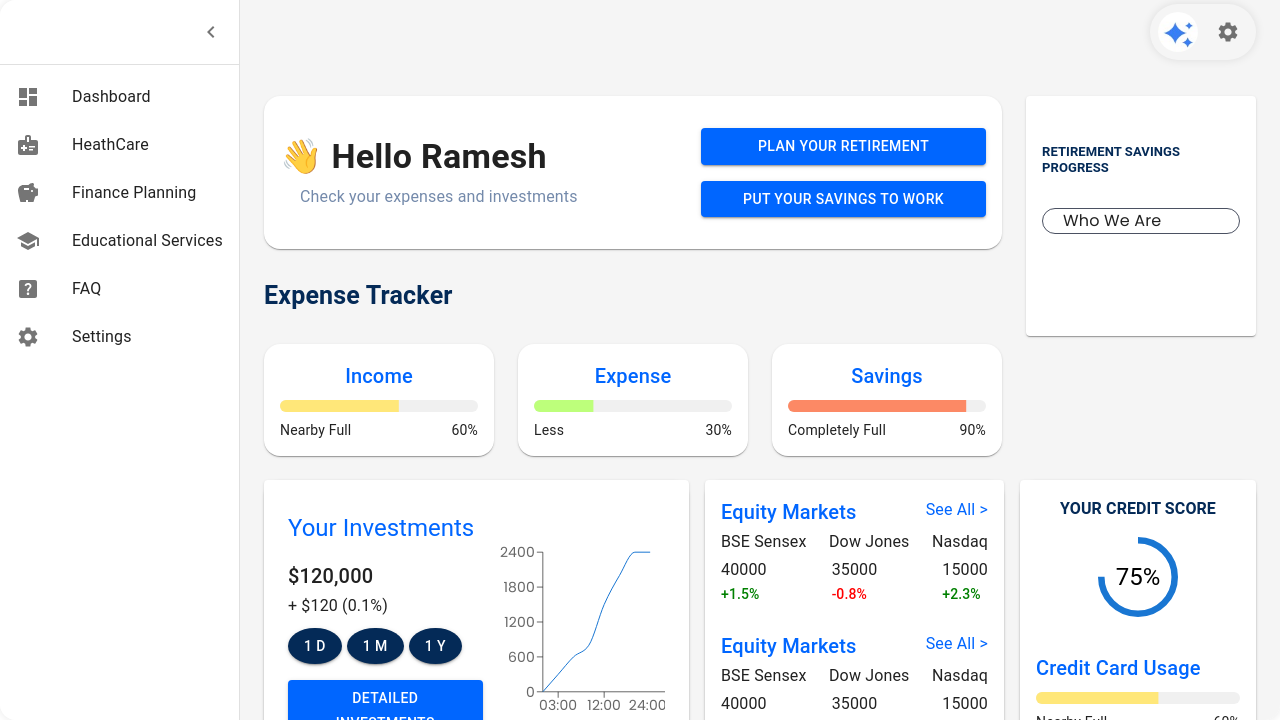
Repository: shubhampirate/TIAA_Retirement_hackathon
Page: /
An editor plug-in stored every save of this project. The page is shown before and after the next save, followed by the edit.
The browser window is 1280 px wide. The pictures show the whole page.
An inner scrolling area shows only its first screen. The project was rebuilt for these pictures with package versions that can differ from the ones it lists, and the page was loaded fresh each time. Also part of the build but not shown: src/Components/CustomButton.jsx, src/Components/Navbar.jsx, src/Components/Properties.jsx, src/Components/Footer.jsx, src/Components/Hero.jsx, src/pages/Sign_In.jsx, src/Components/GaugeChart.jsx.

Above is the page before, as saved 2023-11-15 19:27:53.

### src/index.css
@import url("https://fonts.googleapis.com/css2?family=Poppins:wght@400;500;700&display=swap");

* {
  margin: 0;
  padding: 0;
  box-sizing: border-box;
  font-family: "Poppins", sans-serif;
}

body {
  margin: 0;
  -webkit-font-smoothing: antialiased;
  -moz-osx-font-smoothing: grayscale;
}

code {
  font-family: source-code-pro, Menlo, Monaco, Consolas, "Courier New",
    monospace;
}

### src/App.jsx
import Hero from "./Components/Hero";
import SignIn from "./pages/Sign_In";
import Dashboard from "./Components/Dashboard";
// import GaugeChart from "./Components/GaugeChart"


function App() {
  return (
    <>
      {/* <Hero /> */}
      {/* <SignIn/> */}
      <Dashboard />
      {/* <GaugeChart />  */}
    </>
  );
}

export default App;

### src/Components/Dashboard.jsx
import * as React from 'react';
import { styled, createTheme, ThemeProvider } from '@mui/material/styles';
import CssBaseline from '@mui/material/CssBaseline';
import MuiDrawer from '@mui/material/Drawer';
import Box from '@mui/material/Box';
import MuiAppBar from '@mui/material/AppBar';
import Toolbar from '@mui/material/Toolbar';
import List from '@mui/material/List';
import Typography from '@mui/material/Typography';
import Divider from '@mui/material/Divider';
import IconButton from '@mui/material/IconButton';
// import Badge from '@mui/material/Badge';
import Container from '@mui/material/Container';
import Grid from '@mui/material/Grid';
import Paper from '@mui/material/Paper';
// import Link from '@mui/material/Link';
import MenuIcon from '@mui/icons-material/Menu';
import ChevronLeftIcon from '@mui/icons-material/ChevronLeft';
// import NotificationsIcon from '@mui/icons-material/Notifications';
import SettingsIcon from '@mui/icons-material/Settings';
import { mainListItems } from './listItems';
// import Chart from './Chart';
import Deposits from './Deposits';

import heroImg_3 from "../media/img_3.jpeg";
import Button from '@mui/material/Button';
import LinearProgress from '@mui/material/LinearProgress';
import YourComponent from './YourComponent';

  const Title = styled(Typography)(({ theme }) => ({
    fontSize: "25px",
    color: "#042A57",
    fontWeight: "bold",
    textAlign: "left",
    margin: theme.spacing(4, 0, 4, 0),
    [theme.breakpoints.down("sm")]: {
      fontSize: "30px",
    },
  }));
const drawerWidth = 240;

const AppBar = styled(MuiAppBar, {
  shouldForwardProp: (prop) => prop !== 'open',
})(({ theme, open }) => ({
  zIndex: theme.zIndex.drawer + 1,
  transition: theme.transitions.create(['width', 'margin'], {
    easing: theme.transitions.easing.sharp,
    duration: theme.transitions.duration.leavingScreen,
  }),
  ...(open && {
    marginLeft: drawerWidth,
    width: `calc(100% - ${drawerWidth}px)`,
    transition: theme.transitions.create(['width', 'margin'], {
      easing: theme.transitions.easing.sharp,
      duration: theme.transitions.duration.enteringScreen,
    }),
  }),
}));


const ProgressBarBox = ({ title, value }) => {
    let indicatorText = '';
    let color = '';

    if (value <= 30) {
      indicatorText = 'Less';
      color = '#BDFF7B';
    } else if (value <= 70) {
      indicatorText = 'Nearby Full';
      color = '#FFE779';
    } else {
      indicatorText = 'Completely Full';
      color = '#FC8965';
    }

    return (
      <Grid item xs={12} sm={6} md={4}>
        <Paper
          sx={{
            p: 2,
            display: 'flex',
            flexDirection: 'column',
            alignItems: 'center',
            borderRadius: '16px',
          }}
        >
          <Typography variant="h6" sx={{ mb: 1, color: "#0066FF" }}>
            {title}
          </Typography>
          <LinearProgress
          variant="determinate"
          value={value}
          sx={{
            width: '100%',
            height: '12px',
            borderRadius: '8px',
            backgroundColor: '#f0f0f0',
            marginBottom: '8px',
            '& .MuiLinearProgress-bar': {
              backgroundColor: color,
            },
          }}
        />

          <Box
          sx={{
            display: 'flex',
            justifyContent: 'space-between',
            width: '100%',

          }}
        >
          <Typography variant="body2">{indicatorText}</Typography>
          <Typography variant="body2">{value}%</Typography>
        </Box>
        </Paper>
      </Grid>
    );
  };
const Drawer = styled(MuiDrawer, { shouldForwardProp: (prop) => prop !== 'open' })(
  ({ theme, open }) => ({
    '& .MuiDrawer-paper': {
      position: 'relative',
      whiteSpace: 'nowrap',
      width: drawerWidth,
      transition: theme.transitions.create('width', {
        easing: theme.transitions.easing.sharp,
        duration: theme.transitions.duration.enteringScreen,
      }),
      boxSizing: 'border-box',
      ...(!open && {
        overflowX: 'hidden',
        transition: theme.transitions.create('width', {
          easing: theme.transitions.easing.sharp,
          duration: theme.transitions.duration.leavingScreen,
        }),
        width: theme.spacing(7),
        [theme.breakpoints.up('sm')]: {
          width: theme.spacing(9),
        },
      }),
    },
  }),
);

// TODO remove, this demo shouldn't need to reset the theme.
const defaultTheme = createTheme();

export default function Dashboard() {
  const [open, setOpen] = React.useState(true);
  const toggleDrawer = () => {
    setOpen(!open);
  };

  return (
    <ThemeProvider theme={defaultTheme}>
      <Box sx={{ display: 'flex', borderRadius: '16px', overflow: 'hidden', boxShadow: '0px 0px 10px rgba(0, 0, 0, 0.1)' }} >
        <CssBaseline />
        <AppBar position="absolute" open={open} sx={{ backgroundColor: "whitesmoke", boxShadow: 'none' }}>
  <Toolbar
    sx={{
      pr: '24px', // keep right padding when drawer closed
      display: 'flex',
      alignItems: 'center',
      justifyContent: 'space-between',
    }}
  >
    <Box sx={{ display: 'flex', alignItems: 'center' }}>
      <IconButton
        edge="start"
        aria-label="open drawer"
        onClick={toggleDrawer}
        sx={{
          marginRight: '36px',
          ...(open && { display: 'none' }),
          backgroundColor: "#fff"
        }}
      >
        <MenuIcon  />
      </IconButton>

    </Box>

    <Box sx={{ display: 'flex', alignItems: 'center', boxShadow: '0px 0px 10px rgba(0, 0, 0, 0.1)', borderRadius: '40px', padding: '8px' }}>
  {/* User profile image */}
  <img
    src={heroImg_3}
    alt="User Profile"
    style={{ borderRadius: '50%', width: '40px', height: '40px', marginRight: '10px' }}
  />

  {/* Settings button */}
  <IconButton >

    <SettingsIcon />
  </IconButton>
</Box>
  </Toolbar>
</AppBar>

        <Drawer variant="permanent" open={open}>
          <Toolbar
            sx={{
              display: 'flex',
              alignItems: 'center',
              justifyContent: 'flex-end',
              px: [1],
            }}
          >
            <IconButton onClick={toggleDrawer}>
              <ChevronLeftIcon />
            </IconButton>
          </Toolbar>
          <Divider />
          <List component="nav">
            {mainListItems}
            {/* <Divider sx={{ my: 1 }} /> */}
            {/* {secondaryListItems} */}
          </List>
        </Drawer>
        <Box
          component="main"
          sx={{
            backgroundColor: (theme) =>
              theme.palette.mode === 'light'
                ? theme.palette.grey[100]
                : theme.palette.grey[900],
            flexGrow: 1,
            height: '100vh',
            overflow: 'auto',

          }}
        >
          <Toolbar />
          <Container maxWidth="lg" sx={{ mt: 4, mb: 4 }}>
            <Grid container spacing={3}>

            <Grid item xs={12} md={8} lg={9}>
  <Paper
    sx={{
      p: 2,
      display: 'flex',
      flexDirection: 'column',
      alignItems: 'center',
      borderRadius: '16px', // Adjust the value as needed for more or less curvature
    }}
  >
    {/* Left side content */}
    <Grid container spacing={2} alignItems="center">
      <Grid item xs={12} md={7 }>
        <Typography variant="h4" sx={{ mb: 1, fontWeight: 'bold'}}>
        👋  Hello Ramesh
        </Typography>
        <Typography variant="body1" sx={{color:"#748AAB", paddingLeft:"20px"}}>
          Check your expenses and investments
        </Typography>
      </Grid>

      {/* Right side content */}
      <Grid item xs={12} md={5} sx={{ display: 'flex', flexDirection: 'column', alignItems: 'center' }}>
        <Button variant="contained"  sx={{ width: '100%', backgroundColor: '#0066FF', color: '#fff', mb: { xs: 1, md: 2 } ,mt:{xs:0, md:2}  }}>
        Plan your retirement
        </Button>
        <Button variant="contained"  sx={{ width: '100%', backgroundColor: '#0066FF', color: '#fff', mb:{xs:1, md:2} }}>
        Put your savings to work
        </Button>
      </Grid>
    </Grid>
  </Paper>
  <Title variant="h4" sx={{color: "#042A57"}}>
             Expense Tracker
            </Title>
            <Grid container spacing={3}>
      <ProgressBarBox title="Income" value={60} />
      <ProgressBarBox title="Expense" value={30} />
      <ProgressBarBox title="Savings" value={90} />
    </Grid>
</Grid>


               {/* Recent Deposits */}
              <Grid item xs={12} md={4} lg={3}>
                <Paper
                  sx={{
                    p: 2,
                    display: 'flex',
                    flexDirection: 'column',
                    height: 240,
                  }}
                >
                  <Deposits />
                </Paper>
              </Grid>
              {/* Recent Orders */}
              <Grid item xs={12}>
                {/* <Paper sx={{ p: 2, display: 'flex', flexDirection: 'column' }}> */}
                  <YourComponent />
                {/* </Paper> */}
              </Grid>
            </Grid>

          </Container>
        </Box>
      </Box>
    </ThemeProvider>
  );
}

### src/Components/listItems.jsx
import * as React from 'react';
import ListItemButton from '@mui/material/ListItemButton';
import ListItemIcon from '@mui/material/ListItemIcon';
import ListItemText from '@mui/material/ListItemText';
import DashboardIcon from '@mui/icons-material/Dashboard';
import MedicalInformationIcon from '@mui/icons-material/MedicalInformation';
import SavingsIcon from '@mui/icons-material/Savings';
import SchoolIcon from '@mui/icons-material/School';
import HelpCenterIcon from '@mui/icons-material/HelpCenter';
import SettingsIcon from '@mui/icons-material/Settings';


export const mainListItems = (
  <React.Fragment>
    <ListItemButton>
      <ListItemIcon>
        <DashboardIcon />
      </ListItemIcon>
      <ListItemText primary="Dashboard" />
    </ListItemButton>
    <ListItemButton>
      <ListItemIcon>
        <MedicalInformationIcon />
      </ListItemIcon>
      <ListItemText primary="HeathCare" />
    </ListItemButton>
    <ListItemButton>
      <ListItemIcon>
        <SavingsIcon />
      </ListItemIcon>
      <ListItemText primary="Finance Planning" />
    </ListItemButton>
    <ListItemButton>
      <ListItemIcon>
        <SchoolIcon />
      </ListItemIcon>
      <ListItemText primary="Educational Services" />
    </ListItemButton>
    <ListItemButton>
      <ListItemIcon>
        <HelpCenterIcon />
      </ListItemIcon>
      <ListItemText primary="FAQ" />
    </ListItemButton>
    <ListItemButton>
      <ListItemIcon>
        <SettingsIcon />
      </ListItemIcon>
      <ListItemText primary="Settings" />
    </ListItemButton>
  </React.Fragment>
);

// export const secondaryListItems = (
//   <React.Fragment>
//     <ListSubheader component="div" inset>
//       Saved reports
//     </ListSubheader>
//     <ListItemButton>
//       <ListItemIcon>
//         <AssignmentIcon />
//       </ListItemIcon>
//       <ListItemText primary="Current month" />
//     </ListItemButton>
//     <ListItemButton>
//       <ListItemIcon>
//         <AssignmentIcon />
//       </ListItemIcon>
//       <ListItemText primary="Last quarter" />
//     </ListItemButton>
//     <ListItemButton>
//       <ListItemIcon>
//         <AssignmentIcon />
//       </ListItemIcon>
//       <ListItemText primary="Year-end sale" />
//     </ListItemButton>
//   </React.Fragment>
// );

### src/Components/Deposits.jsx
import * as React from 'react';
import Link from '@mui/material/Link';
import Typography from '@mui/material/Typography';
// import Title from './Title';
import { styled, createTheme, ThemeProvider } from '@mui/material/styles';
import GaugeChart from './GaugeChart';


function preventDefault(event) {
  event.preventDefault();
}
const Title = styled(Typography)(({ theme }) => ({
  fontSize: "13px",
  color: "#042A57",
  fontWeight: "bold",
  textAlign: "left",
  margin: theme.spacing(4, 0, 4, 0),
  [theme.breakpoints.down("sm")]: {
    fontSize: "20px",
  },
}))
export default function Deposits() {
  return (
    <React.Fragment>
<Title variant="h4" sx={{color: "#042A57"}}>
RETIREMENT SAVINGS PROGRESS
            </Title>

            <div style={{
           display: 'inline-flex',
           alignItems: 'center', // Align items vertically in the center
           border: '0.5px solid #4B5162',
           paddingRight: '20px',
           paddingLeft: '20px',
           borderRadius: '30px'
    }}>


       <p >Who We Are</p>
        {/* <GaugeChart/> */}
    </div>

      <div>
        <Link color="primary" href="#" onClick={preventDefault}>
        </Link>
      </div>
    </React.Fragment>
  );
}

### src/Components/YourComponent.jsx
import React from 'react';
import { Box,Grid, Paper, Typography, CircularProgress, LinearProgress, Button } from '@mui/material';
import Chart from './Chart';
// import ArrowForwardIcon from '@mui/icons-material/ArrowForward';



const InvestmentsBox = () => (
  <Paper sx={{ pt: 4,pb:4, pl:3, pr:3, display: 'flex', flexDirection: 'column', alignItems: 'center' }}>
    <div style={{ display: 'flex', justifyContent: 'space-between', width: '100%' }}>
      <div style={{ textAlign: 'left' }}>
        <Typography variant="h5" sx={{color: '#0066FF' }}>Your Investments</Typography>
        <Typography variant="h6" sx={{mt:2}}>$120,000</Typography>
        <Typography variant="subtitle1">+ $120 (0.1%)</Typography>
        {/* Options to choose from */}
        <div style={{ display: 'flex', marginTop: '8px' }}>
          <Button
            variant="contained"
            style={{
              backgroundColor: '#042A57',
              color: '#FFF',
              borderRadius: '70%',
              minWidth: 'unset',
              marginRight: '5px',
            }}
          >
            1 D
          </Button>
          <Button
            variant="contained"
            style={{
              backgroundColor: '#042A57',
              color: '#FFF',
              borderRadius: '50%',
              minWidth: 'unset',
              marginRight: '5px',
            }}
          >
            1 M
          </Button>
          <Button
            variant="contained"
            style={{
              backgroundColor: '#042A57',
              color: '#FFF',
              borderRadius: '50%',
              minWidth: 'unset',
            }}
          >
            1 Y
          </Button>
        </div>
        <Button variant="contained"  sx={{ width: '100%', backgroundColor: '#0066FF', color: '#fff', mb:1 ,mt:{xs:0, md:2}  }}>
        Detailed Investments
        </Button>
      </div>
      {/* Chart (replace with your actual chart component) */}
      <div style={{ width: '50%', height: '150px', backgroundColor: '#fff' }}>
        {/* Replace this div with your actual chart component */}
        <div style={{ width: '100%', height: '140%', display: 'flex', justifyContent: 'center', alignItems: 'center' }}>
          <Chart />
        </div>
      </div>
    </div>
  </Paper>
);


const EquityMarketsBox = () => {
  // Mock data for market values
  const marketData = [
    { name: 'BSE Sensex', currentPrice: 40000, increasePercentage: 1.5 },
    { name: 'Dow Jones', currentPrice: 35000, increasePercentage: -0.8 },
    { name: 'Nasdaq', currentPrice: 15000, increasePercentage: 2.3 },
  ];

  return (
    <Paper sx={{ p: 2, display: 'flex', flexDirection: 'column' }}>
  <Typography variant="h6" style={{ display: 'flex', justifyContent: 'space-between', color: '#0066FF' }}>
        Equity Markets
        <Typography variant="subtitle1" style={{ cursor: 'pointer' }}>
          See All &gt;
        </Typography>
      </Typography>
    {/* Display market names in the first line */}
    <div style={{ display: 'flex', justifyContent: 'space-between' }}>
      {marketData.map((market) => (
        <Typography key={market.name} variant="subtitle1">{market.name}</Typography>
      ))}
    </div>
    {/* Display market values in the second line */}
    <div style={{ display: 'flex', justifyContent: 'space-between' }}>
      {marketData.map((market) => (
        <div key={market.name}>
          <Typography variant="subtitle1">{market.currentPrice}</Typography>
          <Typography variant="subtitle2" style={{ color: market.increasePercentage >= 0 ? 'green' : 'red' }}>
            {market.increasePercentage >= 0 ? '+' : ''}{market.increasePercentage}%
          </Typography>
        </div>
      ))}
    </div>
 <br />
  <Typography variant="h6" style={{ display: 'flex', justifyContent: 'space-between', color: '#0066FF' }}>
        Equity Markets
        <Typography variant="subtitle1" style={{ cursor: 'pointer' }}>
          See All &gt;
        </Typography>
      </Typography>
    {/* Display market names in the first line */}
    <div style={{ display: 'flex', justifyContent: 'space-between' }}>
      {marketData.map((market) => (
        <Typography key={market.name} variant="subtitle1">{market.name}</Typography>
      ))}
    </div>
    {/* Display market values in the second line */}
    <div style={{ display: 'flex', justifyContent: 'space-between' }}>
      {marketData.map((market) => (
        <div key={market.name}>
          <Typography variant="subtitle1">{market.currentPrice}</Typography>
          <Typography variant="subtitle2" style={{ color: market.increasePercentage >= 0 ? 'green' : 'red' }}>
            {market.increasePercentage >= 0 ? '+' : ''}{market.increasePercentage}%
          </Typography>
        </div>
      ))}
    </div>

  </Paper>
);
};



// Component for the third box
  // Component for the first box
const ProgressBarBox = ({ title, value }) => {
    let indicatorText = '';
    let color = '';

    if (value <= 30) {
      indicatorText = 'Less';
      color = '#BDFF7B';
    } else if (value <= 70) {
      indicatorText = 'Nearby Full';
      color = '#FFE779';
    } else {
      indicatorText = 'Completely Full';
      color = '#FC8965';
    }

    return (
      <Grid container>
        <Typography variant="h6" sx={{ mb: 1, color: "#0066FF" }}>
          {title}
        </Typography>
        <LinearProgress
          variant="determinate"
          value={value}
          sx={{
            width: '100%',
            height: '12px',
            borderRadius: '8px',
            backgroundColor: '#f0f0f0',
            marginBottom: '8px',
            '& .MuiLinearProgress-bar': {
              backgroundColor: color,
            },
          }}
        />
        <Box
          sx={{
            display: 'flex',
            justifyContent: 'space-between',
            width: '100%',
          }}
        >
          <Typography variant="body2">{indicatorText}</Typography>
          <Typography variant="body2">{value}%</Typography>
        </Box>
      </Grid>
    );
  };

  // Component for the third box
  const CreditScoreBox = () => (
    <Paper sx={{ p: 2, display: 'flex', flexDirection: 'column', alignItems: 'center', position: 'relative' }}>
      <Typography variant="h6" sx={{mb:{xs:0, md:2}, color: "#042A57", fontSize: "16px", fontWeight: "bold"}}>YOUR CREDIT SCORE</Typography>
      {/* <br /> */}
      {/* Circular Progress Bar */}
      <div style={{ position: 'relative', width: '80px', height: '80px', marginBottom:"35px" }}>
        <CircularProgress variant="determinate" value={75} size={80} />
        {/* Display the percentage in the center of the circular progress bar */}
        <Typography
          variant="h5"
          style={{
            position: 'absolute',
            top: '50%',
            left: '50%',
            transform: 'translate(-50%, -50%)',
            color: '#000', // Adjust text color as needed
          }}
        >
          75%
        </Typography>
      </div>
      {/* <br /> */}
      {/* Include ProgressBarBox with the entire width */}
      <ProgressBarBox title="Credit Card Usage" value={60} />
    </Paper>
  );

// Main component
const YourComponent = () => (
  <Grid container spacing={2}>
    <Grid item xs={12} md={9}>
      <Grid container spacing={2} style={{ height: '100%' }}>
        <Grid item xs={12} md={8} lg={7}>
          <Paper sx={{ borderRadius: '16px' }}>
            <InvestmentsBox />
          </Paper>
        </Grid>
        <Grid item xs={12} md={4} lg={5}>
          <Paper sx={{ borderRadius: '16px' }}>
            <EquityMarketsBox />
          </Paper>
        </Grid>
      </Grid>
    </Grid>
    <Grid item xs={12} md={3}>
      <Paper sx={{ borderRadius: '16px' }}>
        <CreditScoreBox />
      </Paper>
    </Grid>
  </Grid>
);

export default YourComponent;

### src/Components/Chart.jsx
import * as React from 'react';
import { useTheme } from '@mui/material/styles';
import { LineChart, Line, XAxis, YAxis, Label, ResponsiveContainer } from 'recharts';
// import Title from './Title';

// Generate Sales Data
function createData(time, amount) {
  return { time, amount };
}

const data = [
  createData('00:00', 0),
  createData('03:00', 300),
  createData('06:00', 600),
  createData('09:00', 800),
  createData('12:00', 1500),
  createData('15:00', 2000),
  createData('18:00', 2400),
  createData('21:00', 2400),
  createData('24:00', undefined),
];

export default function Chart() {
  const theme = useTheme();

  return (
    <React.Fragment>
      {/* <Title>Today</Title> */}
      <ResponsiveContainer>
        <LineChart
          data={data}
          margin={{
            top: 40,
            right: 0,
            bottom: 0,
            left: 0,
          }}
          backgroundColor="white"

        >
          <XAxis
            dataKey="time"
            stroke={theme.palette.text.secondary}
            style={theme.typography.body2}
          />
          <YAxis
            stroke={theme.palette.text.secondary}
            style={theme.typography.body2}
          >
            {/* <Label
              angle={270}
              position="left"
              style={{
                textAnchor: 'middle',
                fill: theme.palette.text.primary,
                ...theme.typography.body1,
              }}
            >
              Sales ($)
            </Label> */}
          </YAxis>
          <Line
            isAnimationActive={false}
            type="monotone"
            dataKey="amount"
            stroke={theme.palette.primary.main}
            dot={false}
          />
        </LineChart>
      </ResponsiveContainer>
    </React.Fragment>
  );
}

Loaded but not shown: public/index.html (common file); src/index.js (common file)

After the next save:
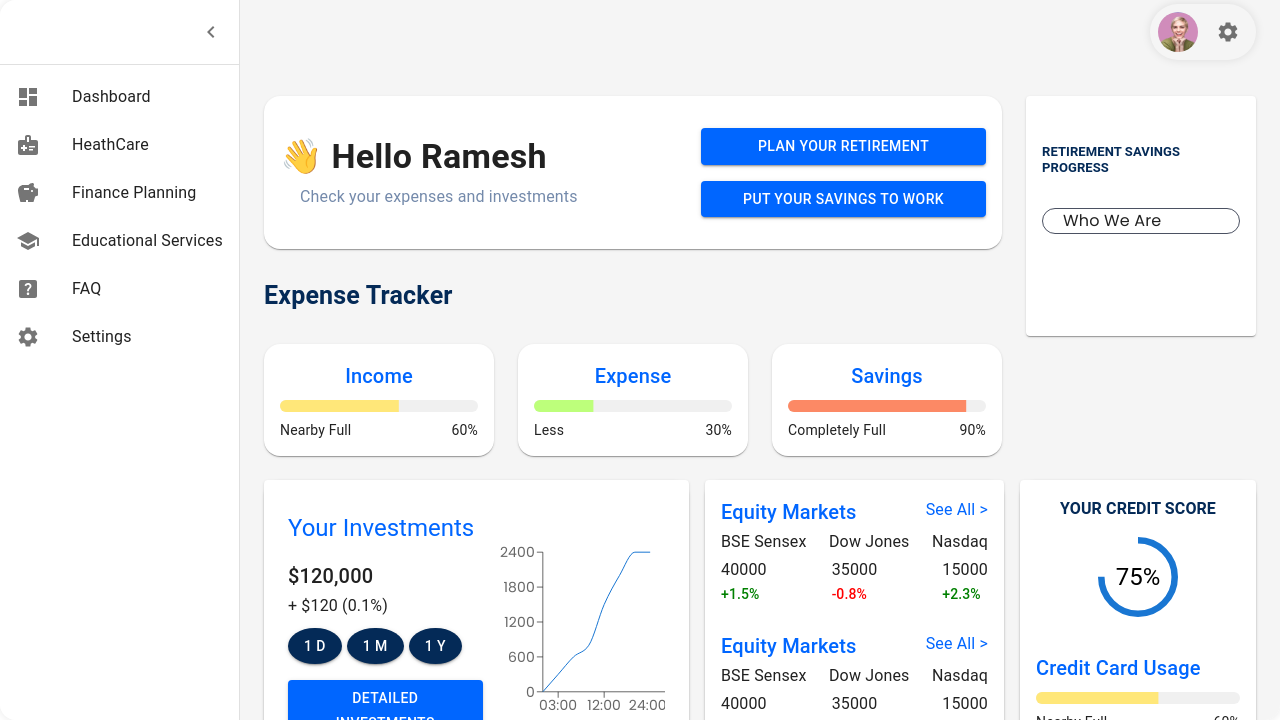
Saved 3 min 34 s later.
--- a/src/Components/Dashboard.jsx
+++ b/src/Components/Dashboard.jsx
@@ -22,7 +22,7 @@ import { mainListItems } from './listItems';
 // import Chart from './Chart';
 import Deposits from './Deposits';
 
-import heroImg_3 from "../media/img_3.jpeg";
+import heroImg_4 from "../media/img_4.jpeg";
 import Button from '@mui/material/Button';
 import LinearProgress from '@mui/material/LinearProgress';
 import YourComponent from './YourComponent';
@@ -184,7 +184,7 @@ export default function Dashboard() {
     <Box sx={{ display: 'flex', alignItems: 'center', boxShadow: '0px 0px 10px rgba(0, 0, 0, 0.1)', borderRadius: '40px', padding: '8px' }}>
   {/* User profile image */}
   <img
-    src={heroImg_3}
+    src={heroImg_4}
     alt="User Profile"
     style={{ borderRadius: '50%', width: '40px', height: '40px', marginRight: '10px' }}
   />
